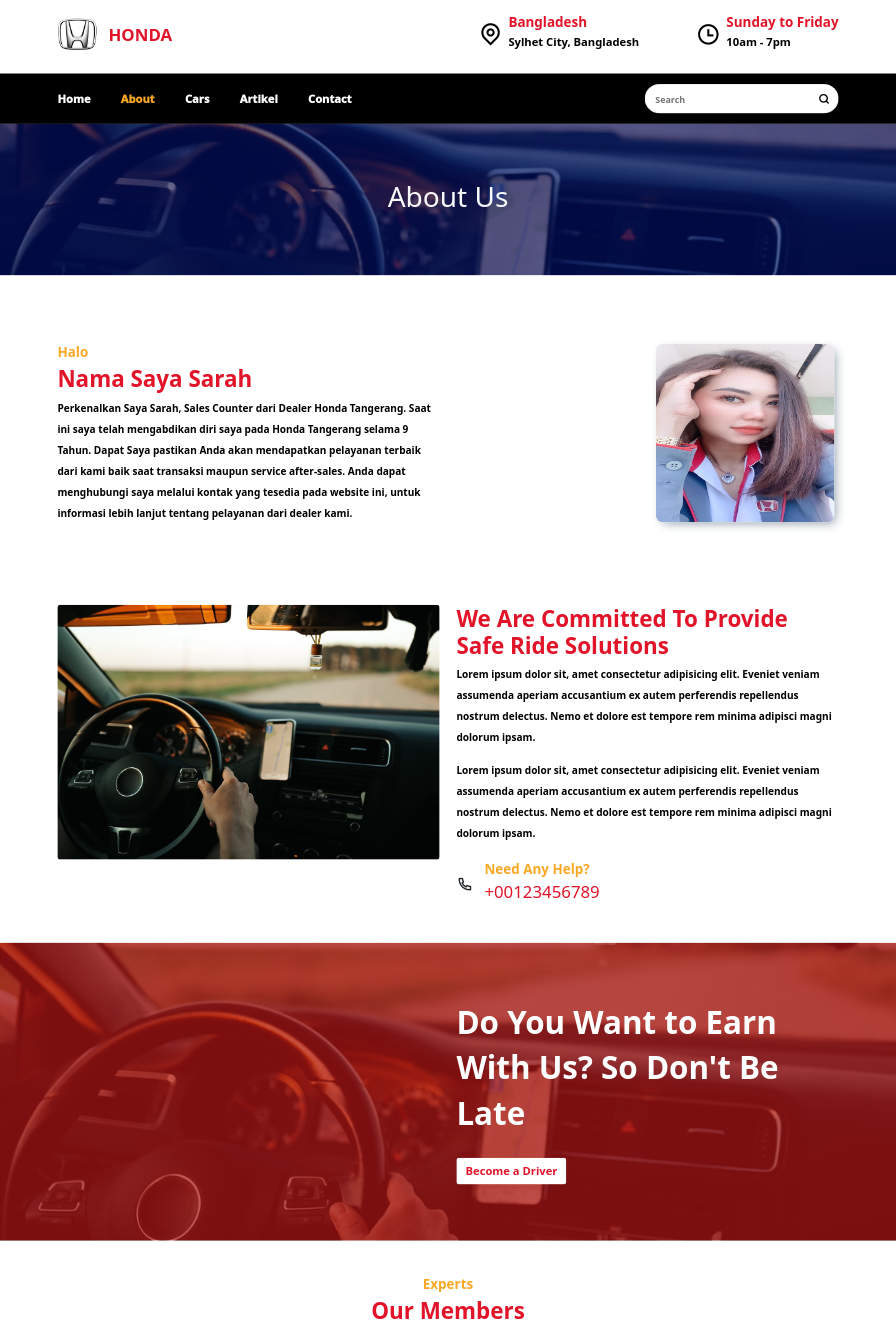
Repository: stevenxylver/Honda
Page: /about
An editor plug-in stored every save of this project. The page is shown before and after the next save, followed by the edit.
The browser window is 1280 px wide. The pictures show the part of the page from y = 0 to 1920 px (the page is 2960 px tall before and 2812 px after), at 70% of full size.
Pictures or frames that could not be fetched are drawn as grey boxes. The project was rebuilt for these pictures with package versions that can differ from the ones it lists, and the page was loaded fresh each time. Also part of the build but not shown: src/styles/hero-slider.css, src/components/UI/HeroSlider.jsx, src/components/UI/FindCarForm.jsx, src/styles/services-list.css, src/assets/data/serviceData.js, src/components/UI/ServicesList.jsx, src/components/UI/Example.jsx, src/assets/data/carData.js and 20 more.

Above is the page before, as saved 2022-11-18 16:20:27.

### src/index.css
/* ======== google fonts ======== */
@import url("https://fonts.googleapis.com/css2?family=Source+Sans+Pro:wght@200;300;400;600;700;900&display=swap");

@import url('https://fonts.googleapis.com/css2?family=Staatliches&display=swap');
</style>
/* ======= base style ====== */
* {
  margin: 0;
  padding: 0;
  box-sizing: border-box;
  font-family: "Source Sans Pro", sans-serif;
}

/* ========= pre-define css ========= */
h1,
h2,
h3,
h4,
h5,
h6 {
  color: #E11429;
  font-weight: 600;
  margin-bottom: 0;
}

h3,
h4 {
  font-size: 1.6rem;
}

h5,
h6 {
  font-size: 1.2rem;
}

a {
  text-decoration: none;
  color: unset;
}

a:hover {
  color: unset;
}

ul {
  margin: 0;
  list-style: none;
}

.section__title {
  color: #E11429;
  font-weight: 600;
  font-size: 2rem;
}

.section__subtitle {
  color: #f9a826;
  font-weight: 600;
  font-size: 1.2rem;
}

.section__description {
  color: #000;
  font-size: 0.9rem;
  line-height: 30px;
  font-weight: 600;
}

section {
  padding: 50px 0px;
}

.btn {
  padding: 7px 15px;
  background: #E11429;
  color: #fff;
  border: none;
  outline: none;
  border-radius: 5px;
  transition: 0.3s;
}

.btn:hover {
  color: #fff !important;
  background: #E11429;
}

@media only screen and (max-width: 768px) {
  section {
    padding: 30px 0px;
  }

  .section__title {
    font-size: 1.6rem;
  }

  .section__subtitle {
    font-size: 1.1rem;
  }
}

### src/components/Footer/Footer.jsx
import React from "react";

import { Container, Row, Col, ListGroup, ListGroupItem } from "reactstrap";
import { Link } from "react-router-dom";
import "../../styles/footer.css";

const quickLinks = [
  {
    path: "/about",
    display: "About",
  },

  {
    path: "#",
    display: "Privacy Policy",
  },

  {
    path: "/cars",
    display: "Car Listing",
  },
  {
    path: "/blogs",
    display: "Blog",
  },

  {
    path: "/contact",
    display: "Contact",
  },
];

const Footer = () => {
  const date = new Date();
  const year = date.getFullYear();
  return (
    <footer className="footer">
      <Container>
        <Row>
          <Col lg="4" md="4" sm="12">
            <div className="logo footer__logo">
              <h1>
                <Link to="/home" className=" d-flex align-items-center gap-2">
                  <i class="ri-car-line"></i>
                  <span>
                    Rent Car <br /> Service
                  </span>
                </Link>
              </h1>
            </div>
            <p className="footer__logo-content">
              Lorem ipsum dolor sit amet consectetur adipisicing elit.
              Consequuntur, distinctio, itaque reiciendis ab cupiditate harum ex
              quam veniam, omnis expedita animi quibusdam obcaecati mollitia?
              Delectus et ad illo recusandae temporibus?
            </p>
          </Col>

          <Col lg="2" md="4" sm="6">
            <div className="mb-4">
              <h5 className="footer__link-title">Quick Links</h5>
              <ListGroup>
                {quickLinks.map((item, index) => (
                  <ListGroupItem key={index} className="p-0 mt-3 quick__link">
                    <Link to={item.path}>{item.display}</Link>
                  </ListGroupItem>
                ))}
              </ListGroup>
            </div>
          </Col>

          <Col lg="3" md="4" sm="6">
            <div className="mb-4">
              <h5 className="footer__link-title mb-4">Head Office</h5>
              <p className="office__info">123 Zindabazar, Sylhet, Bangladesh</p>
              <p className="office__info">Phone: +0995345875365</p>

              <p className="office__info">Email: muhib5532@gmail.com</p>

              <p className="office__info">Office Time: 10am - 7pm</p>
            </div>
          </Col>

          <Col lg="3" md="4" sm="12">
            <div className="mb-4">
              <h5 className="footer__link-title">Newsletter</h5>
              <p className="section__description">Subscribe our newsletter</p>
              <div className="newsletter">
                <input type="email" placeholder="Email" />
                <span>
                  <i class="ri-send-plane-line"></i>
                </span>
              </div>
            </div>
          </Col>

          <Col lg="12">
            <div className="footer__bottom">
              <p className="section__description d-flex align-items-center justify-content-center gap-1 pt-4">
                <i class="ri-copyright-line"></i>Copyright {year}, Developed by
                Muhibur Rahman. All rights reserved.
              </p>
            </div>
          </Col>
        </Row>
      </Container>
    </footer>
  );
};

export default Footer;

### src/styles/header.css
.header__top {
  padding: 10px 0px;
  background: #E11429;
  color: #fff;
}


.honda
{
width: 57px;
height: 57px;
}

.header__top__left {
  display: flex;
  align-items: center;
  column-gap: 1rem;
}

.header__top__left span {
  font-size: 0.9rem;
}

.header__top__help {
  display: flex;
  align-items: center;
  column-gap: 0.4rem;
}

.header__top__help i {
  background: #fff;
  color: #E11429;
  padding: 2px 4px;
  border-radius: 50px;
  font-size: 0.7rem;
}

.header__top__right a {
  text-decoration: none;
  color: #fff;
  font-size: 0.9rem;
}

.header__top__right a:hover {
  color: #fff;
}

/* ============ header middle style =========== */

.header__middle {
  padding: 20px 0px;
}

.logo h1 a span {
  font-size: 1.5rem;
}

.logo h1 a i {
  font-size: 2.2rem;
}

.logo h1 a {
  text-decoration: none;
  color: #E11429;
  font-weight: 900;
}

.logo h1 {
  line-height: 1.5rem;
}

.header__location span i {
  font-size: 2.2rem;
  color: #000000;
}

.header__location-content h4 {
  font-size: 1.2rem;
  font-weight: 700;
  color: #E11429;
}

.header__location-content h6 {
  font-weight: 600;
  color: #000000;
}

.header__btn {
  background: #E11429 !important;
  padding: 10px 20px;
  border: none;
  outline: none;
  border-radius: 5px;
}

.header__btn a {
  display: flex;
  align-items: center;
  column-gap: 0.4rem;
  text-decoration: none;
  color: #fff;
  justify-content: end;
  font-size: 0.9rem;
  font-weight: 1000;
}


.header__btn a:hover {
  color: #fff;
}

/* ================ main navbar styles =========== */

.main__navbar {
  padding: 15px 0px;
  background: #000000;
}

.mobile__menu i {
  color: #fff;
  font-size: 1.3rem;
  cursor: pointer;
}

.mobile__menu {
  display: none;
}

.menu {
  display: flex;
  align-items: center;
  column-gap: 2.7rem;
}

.nav__item {
  color: #fff;
  text-decoration: none;
  transition: 0.3s;
  font-weight: 1000;
}

.nav__item:hover {
  color: #f9a826;
}



.search__box {
  border: 1px solid #7c8a972f;
  padding: 7px 12px;
  display: flex;
  align-items: center;
  border-radius: 50px;
  background: #020a4de9;
}

.search__box {
  border: 1px solid #7c8a972f;
  padding: 7px 12px;
  display: flex;
  align-items: center;
  border-radius: 50px;
  background: #fff;
  font-weight: 1000;
}

.search__box input {
  background: transparent;
  border: none;
  outline: none;
  color: #fff;
  cursor: pointer;
}

.search__box input::placeholder {
  font-size: 0.8rem;
  font-weight:800;
}
.search__box span i {
  color: #000000;
  cursor: pointer;
}

.nav__active {
  color: #f9a826;
}

@media only screen and (max-width: 768px) {
  .header__top,
  .header__middle,
  .nav__right {
    display: none;
  }

  .mobile__menu {
    display: block;
  }

  .navigation {
    background: rgb(0, 13, 107, 0.6);
    width: 100%;
    height: 100%;
    position: fixed;
    top: 0;
    left: 0;
    z-index: 9999;
    display: none;
  }

  .menu {
    width: 250px;
    height: 100%;
    background: #fff;
    display: flex;
    align-items: center;
    flex-direction: column;
    row-gap: 2rem;
    justify-content: center;
  }

  .menu a {
    color: #E11429;
    font-weight: 600;
    font-size: 0.9rem;
  }

  .menu__active {
    display: block;
  }


}

### src/styles/footer.css
.footer {
  background: #000000;
  padding-top: 50px;
  padding-bottom: 15px;
}

.footer__logo i {
  color: #fff;
  font-weight: 400;
}

.footer__logo span {
  color: #fff;
  font-weight: 500;
}

.footer__logo-content {
  color: rgba(255, 255, 255, 0.715);
  margin-top: 15px;
  line-height: 30px;
}

.quick__link {
  border: none !important;
  background: transparent !important;
}

.quick__link a {
  color: rgba(255, 255, 255, 0.715);
  text-decoration: none;
  font-weight: 300;
  transition: 0.3s;
}

.quick__link a:hover {
  color: #f9a826;
}

.footer__link-title {
  color: #fff;
}

.office__info {
  color: rgba(255, 255, 255, 0.715);
  font-weight: 300;
}

.newsletter {
  display: flex;
  align-items: center;
  justify-content: space-between;
  padding: 8px 12px;
  border: 1px solid #7c8a972f;
  border-radius: 50px;
  background: #020a4de9;
}

.newsletter input {
  background: transparent;
  color: #fff;
  border: none;
  outline: none;
}

.newsletter span i {
  color: #fff;
}

.footer__bottom {
  border-top: 1px solid #7c8a972f;
}

@media only screen and (max-width: 768px) {
  .footer__logo-content {
    font-size: 0.8rem;
  }

  .quick__link,
  .office__info {
    font-size: 0.8rem;
    line-height: 1.5rem;
  }

  .footer__link-title {
    font-size: 1rem;
    margin-top: 15px;
  }

  .footer__bottom p {
    font-size: 0.7rem;
  }


}

### src/pages/About.jsx
import React from "react";

import CommonSection from "../components/UI/CommonSection";
import Helmet from "../components/Helmet/Helmet";
import AboutSection from "../components/UI/AboutSection";
import { Container, Row, Col } from "reactstrap";
import BecomeDriverSection from "../components/UI/BecomeDriverSection";

import driveImg from "../assets/all-images/drive.jpg";
import OurMembers from "../components/UI/OurMembers";
import "../styles/about.css";

const About = () => {
  return (
    <Helmet title="About">
      <CommonSection title="About Us" />
      <AboutSection aboutClass="aboutPage" />

      <section className="about__page-section">
        <Container>
          <Row>
            <Col lg="6" md="6" sm="12">
              <div className="about__page-img">
                <img src={driveImg} alt="" className="w-100 rounded-3" />
              </div>
            </Col>

            <Col lg="6" md="6" sm="12">
              <div className="about__page-content">
                <h2 className="section__title">
                  We Are Committed To Provide Safe Ride Solutions
                </h2>

                <p className="section__description">
                  Lorem ipsum dolor sit, amet consectetur adipisicing elit.
                  Eveniet veniam assumenda aperiam accusantium ex autem
                  perferendis repellendus nostrum delectus. Nemo et dolore est
                  tempore rem minima adipisci magni dolorum ipsam.
                </p>

                <p className="section__description">
                  Lorem ipsum dolor sit, amet consectetur adipisicing elit.
                  Eveniet veniam assumenda aperiam accusantium ex autem
                  perferendis repellendus nostrum delectus. Nemo et dolore est
                  tempore rem minima adipisci magni dolorum ipsam.
                </p>

                <div className=" d-flex align-items-center gap-3 mt-4">
                  <span className="fs-4">
                    <i class="ri-phone-line"></i>
                  </span>

                  <div>
                    <h6 className="section__subtitle">Need Any Help?</h6>
                    <h4>+00123456789</h4>
                  </div>
                </div>
              </div>
            </Col>
          </Row>
        </Container>
      </section>

      <BecomeDriverSection />

      <section>
        <Container>
          <Row>
            <Col lg="12" className="mb-5 text-center">
              <h6 className="section__subtitle">Experts</h6>
              <h2 className="section__title">Our Members</h2>
            </Col>
            <OurMembers />
          </Row>
        </Container>
      </section>
    </Helmet>
  );
};

export default About;

### src/components/UI/AboutSection.jsx
import React from "react";
import { Container, Row, Col } from "reactstrap";
import "../../styles/about-section.css";
import aboutImg from "../../assets/all-images/ava-3.jpg";

const AboutSection = ({ aboutClass }) => {
  return (
    <section
      className="about__section"
      style={
        aboutClass === "aboutPage"
          ? { marginTop: "0px" }
          : { marginTop: "280px" }
      }
    >
      <Container>
        <Row>
          <Col lg="6" md="6">
            <div className="about__section-content">
              <h4 className="section__subtitle">Halo</h4>
              <h2 className="section__title">Nama Saya Sarah</h2>
              <p className="section__description">
              Perkenalkan Saya Sarah, Sales Counter dari Dealer Honda Tangerang. Saat ini saya telah mengabdikan diri saya pada Honda Tangerang selama 9 Tahun. Dapat Saya pastikan Anda akan mendapatkan pelayanan terbaik dari kami baik saat transaksi maupun service after-sales. Anda dapat menghubungi saya melalui kontak yang tesedia pada website ini, untuk informasi lebih lanjut tentang pelayanan dari dealer kami.
              </p>


            </div>
          {/* </Col>
          <Col lg="3" md="6"> */}

          </Col>

          <Col md={{
        offset: 3,
        size: 3
      }}>
            <div className="about__img">
              <img src={aboutImg} alt="" className="about"/>
            </div>
          </Col>
        </Row>
      </Container>
    </section>
  );
};

export default AboutSection;

### src/components/UI/BecomeDriverSection.jsx
import React from "react";
import "../../styles/become-driver.css";
import { Container, Row, Col } from "reactstrap";

// import driverImg from "../../assets/all-images/toyota-offer-2.png";

const BecomeDriverSection = () => {
  return (
    <section className="become__driver">
      <Container>
        <Row>
          <Col lg="6" md="6" sm="12" className="become__driver-img">
          <iframe width="90%" height="130%" src="https://www.youtube.com/embed/w7pgDpsCZ2E" title="YouTube video player" allowfullscreen></iframe>
          </Col>


          <Col lg="6" md="6" sm="12">
            <h2 className="section__title become__driver-title">
              Do You Want to Earn With Us? So Don't Be Late
            </h2>

            <button className="btn become__driver-btn mt-4">
              Become a Driver
            </button>
          </Col>
        </Row>
      </Container>
    </section>
  );
};

export default BecomeDriverSection;

### src/components/UI/OurMembers.jsx
import React from "react";
import "../../styles/our-member.css";
import { Col } from "reactstrap";
import { Link } from "react-router-dom";
import ava01 from "../../assets/all-images/ava-1.jpg";
import ava02 from "../../assets/all-images/ava-2.jpg";
import ava03 from "../../assets/all-images/ava-3.jpg";

const OUR__MEMBERS = [
  {
    name: "Jhon Doe",
    experience: "5 years of experience",
    fbUrl: "#",
    instUrl: "#",
    twitUrl: "#",
    linkedinUrl: "#",
    imgUrl: ava01,
  },

  {
    name: "David Lisa",
    experience: "5 years of experience",
    fbUrl: "#",
    instUrl: "#",
    twitUrl: "#",
    linkedinUrl: "#",
    imgUrl: ava02,
  },

  {
    name: "Hilton King",
    experience: "5 years of experience",
    fbUrl: "#",
    instUrl: "#",
    twitUrl: "#",
    linkedinUrl: "#",
    imgUrl: ava03,
  },

  {
    name: "Jhon Doe",
    experience: "5 years of experience",
    fbUrl: "#",
    instUrl: "#",
    twitUrl: "#",
    linkedinUrl: "#",
    imgUrl: ava01,
  },
];

const OurMembers = () => {
  return (
    <>
      {OUR__MEMBERS.map((item, index) => (
        <Col lg="3" md="3" sm="4" xs="6" key={index} className="mb-4">
          <div className="single__member">
            <div className="single__member-img">
              <img src={item.imgUrl} alt="" className="w-100" />

              <div className="single__member-social">
                <Link to={item.fbUrl}>
                  <i class="ri-facebook-line"></i>
                </Link>
                <Link to={item.twitUrl}>
                  <i class="ri-twitter-line"></i>
                </Link>

                <Link to={item.linkedinUrl}>
                  <i class="ri-linkedin-line"></i>
                </Link>

                <Link to={item.instUrl}>
                  <i class="ri-instagram-line"></i>
                </Link>
              </div>
            </div>

            <h6 className="text-center mb-0 mt-3">{item.name}</h6>
            <p className="section__description text-center">
              {item.experience}
            </p>
          </div>
        </Col>
      ))}
    </>
  );
};

export default OurMembers;

### src/styles/find-car-form.css
.find__cars-left {
  /* background: linear-gradient(rgb(0, 0, 0, 0.8), rgb(0, 0,20, 0.8)),
    url("../assets/all-images/toyota-offer-2.png");
  background-position: center;
  background-repeat: no-repeat;
  background-size: cover; */
  padding: 65px 35px;
  background-color: #E11429;
  /* background: linear-gradient(rgb(225, 20, 41, 0.8), rgb(174, 18,20, 0.8)), */
}

.find__cars-left h2 {
  font-weight: 600;
  font-size: 0.875rem;
  color: #fff;
  text-align: center;
  background-color: #E11429;
}


.steer{
  height: 40px;
  width: 40px;
  align-items: center;
  color: #E11429;
}

.find__cars-left h1 {
  /* font-weight: 600; */
  font-size: 0.75rem;
  color: #fff;
  text-align: center;
  background-color: #E11429;
}

.form__group {
  width: 30%;
  margin-bottom: 0;
}

.form__group input {
  border: 1px solid #7c8a972a;
  padding: 8px 12px;

  width: 100%;
  outline: none;
}
.form__group input::placeholder {
  color: #7c8a97;
}

.section__subtitle{
  color: #000;
}

.ava1
{
  height: 285px;
  width: 500px;
  border-radius: 5px;
}

.section__subtitle{
color: #f9a826;
}
.rent__price{
  color: #000;
}

.form {
  background: #fff;
  padding-top: 55px;
  padding-bottom: 50px;
  padding-left: 15px;
  padding-right: 15px;
}

.select__group {
  width: 30%;
}

.select__group select {
  width: 100%;
  padding: 10px 15px;
  border: 1px solid #7c8a972a;
  outline: none;
  color: #7c8a97;
}

.hero__slider-section {
  position: relative;
  z-index: 10;
  margin-bottom: 200px;
}

.hero__form {
  position: absolute;
  bottom: -150px;
  z-index: 11;
  width: 100%;
}

.form__row {
  background: #E11429;
  box-shadow: 5px 5px 15px -5px #7c8a97;
  border-radius: 15px;

}

.journey__time::before {
  content: "Journey time";
  margin-right: 0.8rem;
  color: #7c8a97;
}

.find__car-btn {
  background: #E11429 !important;
  color: #fff !important;
  padding: 8px 15px;
  width: 100%;
  border: none;
  outline: none;
}

@media only screen and (max-width: 992px) {
  .find__cars-left {
    padding: 65px 22px;
  }

  .find__cars-left h2 {
    font-size: 1.5rem;
  }

  .form {
    padding: 30px 10px;
  }

  .form__group input,
  .select__group select {
    padding: 7px 10px;
    font-size: 0.8rem;
  }

  .hero__form {
    bottom: -100px;
  }
}

@media only screen and (max-width: 768px) {
  .find__cars-left {
    padding-top: 20px;
    padding-bottom: 0;
    background: #E11429;
    text-align: center;
  }

  .form {
    padding: 20px 10px;
  }
}

@media only screen and (max-width: 576px) {
  .form__group {
    width: 100%;
    margin: auto;
    margin-bottom: 15px;
  }

  .form__group input {
    font-size: 0.7rem !important;
  }

  .select__group {
    width: 100%;
    padding-right: 10px;
    font-size: 0.7rem;
  }

  .find__car-btn {
    font-size: 0.8rem;
  }

  .find__cars-left h2 {
    font-size: 1rem;
  }

  .hero__form {
    bottom: -250px;
  }
}

### src/styles/about-section.css
.about__section-item {
  column-gap: 3rem;
}

.about{
width: 255px;
height: 255px;
border-radius: 10px;
box-shadow: 5px 5px 15px -5px #7c8a97;
}


.about__section-item p i {
  color: #f9a826;
  font-size: 1.1rem;
}

@media only screen and (max-width: 992px) {
  .about__section-content h2 {
    font-size: 1.5rem;
  }
  .about__section-item {
    column-gap: 3rem;
  }
  .about__section-item p {
    font-size: 0.6rem;
    margin-bottom: 0;
  }

  .section__description i {
    font-size: 0.8rem !important;
  }
}

@media only screen and (max-width: 768px) {
  .about__img {
    margin-top: 30px;
  }
}

@media only screen and (max-width: 576px) {
  .about__section {
    margin-top: 280px;
  }
}

### src/styles/become-driver.css
.become__driver {
  background: linear-gradient(rgb(174, 18,20, 0.7), rgb(174, 18,20, 0.7)),
    url("../assets/all-images/drive.jpg");
  background-position: center;
  background-repeat: no-repeat;
  background-size: cover;
  padding: 80px 0px;
}

.become__driver button {
  background: #fff;
  color: #E11429;
  font-weight: 600;
}

.become__driver-title {
  font-size: 2.8rem;
  color: #fff;
  line-height: 65px;
}

@media only screen and (max-width: 992px) {
  .become__driver-title {
    font-size: 1.5rem;
    line-height: 3rem;
  }
}

@media only screen and (max-width: 768px) {
  .become__driver {
    padding: 50px 0px;
  }

  .become__driver-title {
    font-size: 1.3rem;
    line-height: 2.5rem;
  }

  .become__driver-btn {
    font-size: 0.8rem !important;
  }
}

@media only screen and (max-width: 576px) {
  .become__driver-img {
    display: none;
  }
  .become__driver {
    text-align: center;
  }
}

### src/styles/our-member.css
.single__member {
  border: 1px solid #7c8a972d;
  border-radius: 4px;
}

.single__member-social {
  display: flex;
  align-items: center;
  justify-content: center;
  column-gap: 0.5rem;
  position: absolute;
  top: -100%;
  left: 50%;
  width: 100%;
  height: 100%;
  background: rgb(225, 20, 41, 0.6);
  transform: translateX(-50%);
  border-radius: 4px;
  transition: 0.5s ease;
  opacity: 0;
}

.single__member-social a i {
  width: 28px;
  height: 28px;
  color: #E11429;
  display: flex;
  align-items: center;
  justify-content: center;
  background: #fff;
  border-radius: 50%;
  font-size: 0.9rem;
  font-weight: 600;
}

.single__member-social a {
  text-decoration: none;
  cursor: pointer;
}

.single__member-img {
  position: relative;
  cursor: pointer;
}

.single__member-img img {
  border-radius: 4px;
}

.single__member-img:hover .single__member-social {
  top: 0;
  opacity: 1;
}

Loaded but not shown: public/index.html (common file); src/index.js (common file); src/App.js (common file); src/components/Layout/Layout.jsx (common file); src/components/Helmet/Helmet.js (common file); src/components/UI/CommonSection.jsx (common file); src/styles/about.css (common file); src/styles/common-section.css (common file); src/routers/Routers.js (28 lines, source omitted); src/components/Header/Header.jsx (138 lines, source omitted)

After the next save:
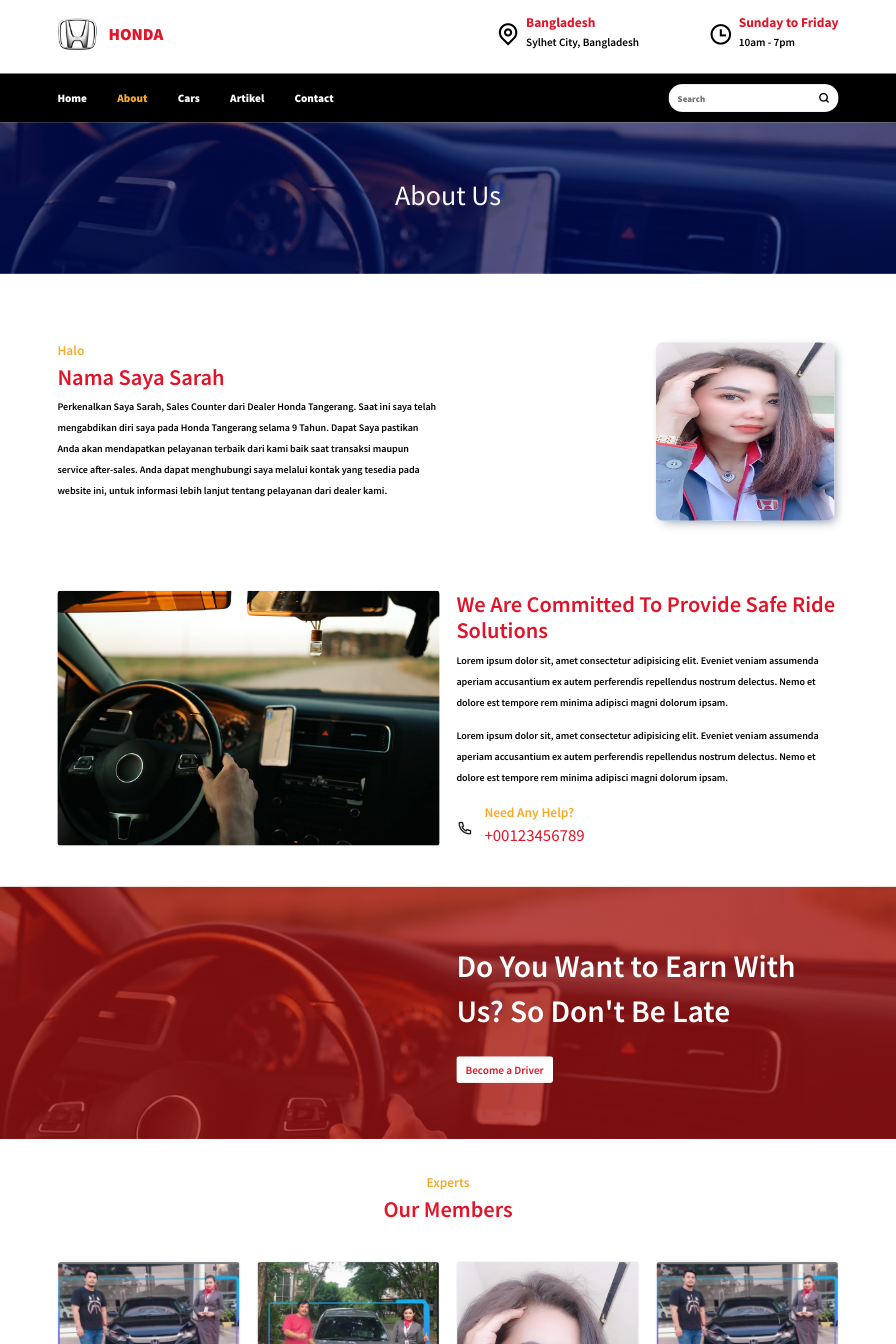
Saved 19 s later.
--- a/src/index.css
+++ b/src/index.css
@@ -1,8 +1,6 @@
 /* ======== google fonts ======== */
 @import url("https://fonts.googleapis.com/css2?family=Source+Sans+Pro:wght@200;300;400;600;700;900&display=swap");
 
-@import url('https://fonts.googleapis.com/css2?family=Staatliches&display=swap');
-</style>
 /* ======= base style ====== */
 * {
   margin: 0;
